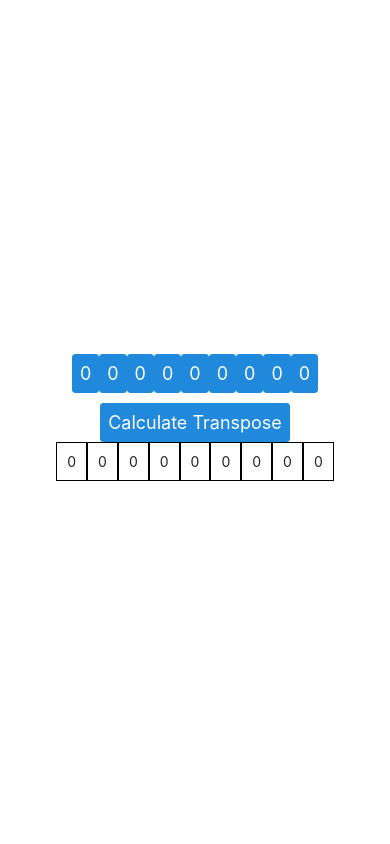
Repository: zecht12/Expo-TransposeMatrix
Page: /
These files come from the project's save history. The page is drawn as it stood at one moment and after the next save; the edit follows.
The browser window is 390 px wide. The pictures show the whole page.
The app was drawn by React Native's web renderer in a window 390 px wide. The project was rebuilt for these pictures with package versions that can differ from the ones it lists, and the page was loaded fresh each time.

Above is the page before, as saved 2023-06-17 19:34:16.

After the next save:
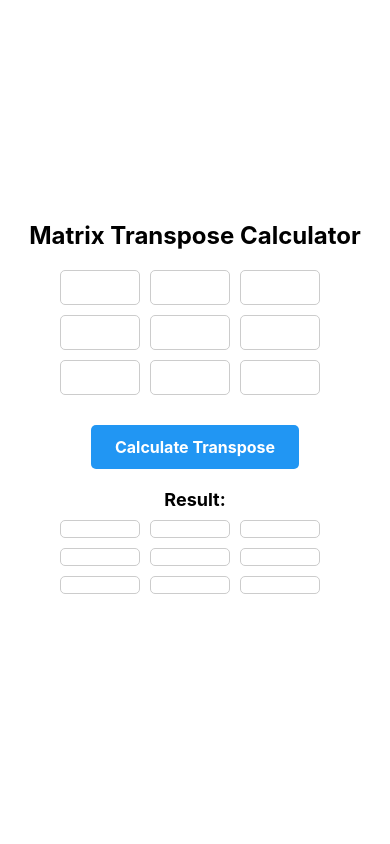
Saved 2 min 2 s later.
--- a/App.js
+++ b/App.js
@@ -1,76 +1,123 @@
 import React, { useState } from 'react';
-import { View, StyleSheet } from 'react-native';
-import { Button, Text } from 'react-native-elements';
+import { StyleSheet, Text, View, TextInput, TouchableOpacity } from 'react-native';
 
 export default function App() {
-  const [matrix, setMatrix] = useState([[0, 0, 0], [0, 0, 0], [0, 0, 0]]);
-  const [transpose, setTranspose] = useState([[0, 0, 0], [0, 0, 0], [0, 0, 0]]);
+  const [matrix, setMatrix] = useState([
+    ['', '', ''],
+    ['', '', ''],
+    ['', '', ''],
+  ]);
 
-  const handleNumberPress = (row, col, value) => {
-    const updatedMatrix = [...matrix];
-    updatedMatrix[row][col] = value;
-    setMatrix(updatedMatrix);
+  const handleValueChange = (rowIndex, colIndex, value) => {
+    const newMatrix = [...matrix];
+    newMatrix[rowIndex][colIndex] = value;
+    setMatrix(newMatrix);
   };
 
   const handleTranspose = () => {
-    const transposedMatrix = matrix.map((row, i) =>
-      row.map((col, j) => matrix[j][i])
-    );
-    setTranspose(transposedMatrix);
+    const transposedMatrix = [
+      [matrix[0][0], matrix[1][0], matrix[2][0]],
+      [matrix[0][1], matrix[1][1], matrix[2][1]],
+      [matrix[0][2], matrix[1][2], matrix[2][2]],
+    ];
+    setMatrix(transposedMatrix);
   };
 
   return (
     <View style={styles.container}>
+      <Text style={styles.header}>Matrix Transpose Calculator</Text>
+
       <View style={styles.matrixContainer}>
-        {matrix.map((row, i) => (
-          <View key={i} style={styles.row}>
-            {row.map((col, j) => (
-              <Button
-                key={`${i}-${j}`}
-                title={col.toString()}
-                onPress={() => handleNumberPress(i, j, col + 1)}
+        {matrix.map((row, rowIndex) => (
+          <View key={rowIndex} style={styles.rowContainer}>
+            {row.map((col, colIndex) => (
+              <TextInput
+                key={colIndex}
+                style={styles.input}
+                keyboardType="numeric"
+                value={col}
+                onChangeText={(value) => handleValueChange(rowIndex, colIndex, value)}
               />
             ))}
           </View>
         ))}
       </View>
 
-      <Button title="Calculate Transpose" onPress={handleTranspose} />
+      <TouchableOpacity style={styles.button} onPress={handleTranspose}>
+        <Text style={styles.buttonText}>Calculate Transpose</Text>
+      </TouchableOpacity>
 
-      <View style={styles.matrixContainer}>
-        {transpose.map((row, i) => (
-          <View key={i} style={styles.row}>
-            {row.map((col, j) => (
-              <Text key={`${i}-${j}`} style={styles.cell}>
-                {col}
-              </Text>
+      <Text style={styles.resultText}>Result:</Text>
+
+      <View style={styles.resultMatrix}>
+        {matrix.map((row, rowIndex) => (
+          <View key={rowIndex} style={styles.rowContainer}>
+            {row.map((col, colIndex) => (
+              <Text key={colIndex} style={styles.resultCol}>{col}</Text>
             ))}
           </View>
         ))}
       </View>
     </View>
   );
-};
+}
 
 const styles = StyleSheet.create({
   container: {
     flex: 1,
+    padding: 16,
+    alignItems: 'center',
     justifyContent: 'center',
-    alignItems: 'center',
-    padding: 20,
+    backgroundColor: '#fff',
+  },
+  header: {
+    fontSize: 24,
+    fontWeight: 'bold',
+    marginBottom: 20,
   },
   matrixContainer: {
+    marginBottom: 20,
+  },
+  rowContainer: {
     flexDirection: 'row',
     marginBottom: 10,
   },
-  row: {
-    flexDirection: 'row',
+  input: {
+    borderWidth: 1,
+    borderColor: '#ccc',
+    borderRadius: 5,
+    padding: 8,
+    marginRight: 10,
+    width: 80,
   },
-  cell: {
-    flex: 1,
-    padding: 10,
+  button: {
+    backgroundColor: '#2196F3',
+    paddingVertical: 12,
+    paddingHorizontal: 24,
+    borderRadius: 5,
+    marginBottom: 20,
+  },
+  buttonText: {
+    color: '#fff',
+    fontSize: 16,
+    fontWeight: 'bold',
+    textAlign: 'center',
+  },
+  resultText: {
+    fontSize: 18,
+    fontWeight: 'bold',
+    marginBottom: 10,
+  },
+  resultMatrix: {
+    marginBottom: 20,
+  },
+  resultCol: {
     borderWidth: 1,
-    borderColor: 'black',
+    borderColor: '#ccc',
+    borderRadius: 5,
+    padding: 8,
+    marginRight: 10,
+    width: 80,
     textAlign: 'center',
   },
 });
